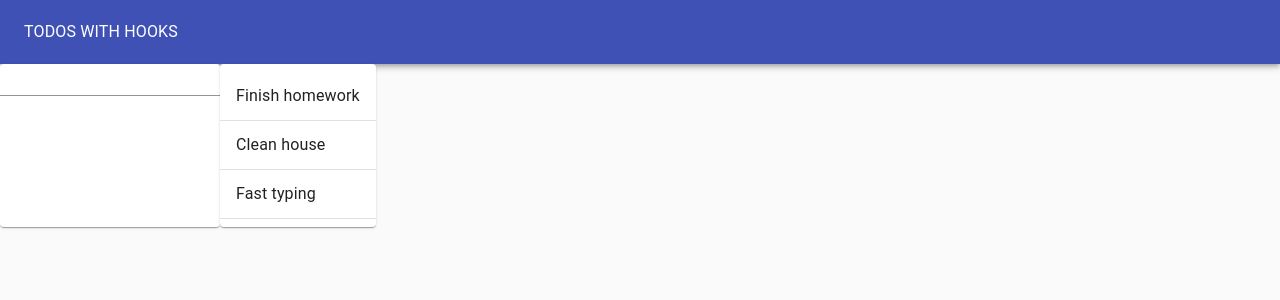
Repository: fulman/todo
Page: /
The author's editor kept a copy of each file at every save. The page is drawn from the files as they stood at one save, then again after a run of saves.
The browser window is 1280 px wide. The pictures show the whole page.
The project was rebuilt for these pictures with package versions that can differ from the ones it lists, and the page was loaded fresh each time.

Above is the page before, as saved 2020-09-27 13:13:54.

### src/App.js
import React from "react";
import TodoApp from "./TodoApp";

function App() {
  return <TodoApp />;
}

export default App;

### src/TodoApp.js
import React, { useState } from "react";
import Typography from "@material-ui/core/Typography";
import Paper from "@material-ui/core/Paper";
import AppBar from "@material-ui/core/AppBar";
import Toolbar from "@material-ui/core/Toolbar";
import Grid from "@material-ui/core/Grid";
import TodoList from "./TodoList";
import TodoForm from "./TodoForm";

function TodoApp() {
  const initialTodos = [
    { id: 1, task: "Finish homework", completed: false },
    { id: 2, task: "Clean house", completed: true },
    { id: 3, task: "Fast typing", completed: false },
  ];
  const [todos, setTodos] = useState(initialTodos);
  const addTodo = (newTodoText) => {
    setTodos([...todos, { id: 4, task: newTodoText, completed: false }]);
  };
  return (
    <Paper
      style={{
        padding: 0,
        margin: 0,
        height: "100vh",
        backgroundColor: "#fafafa",
      }}
      elevation={0}
    >
      <AppBar color="primary" position="static" style={{ height: "64px" }}>
        <Toolbar>
          <Typography color="inherit">TODOS WITH HOOKS</Typography>
        </Toolbar>
      </AppBar>
      <Grid container xs={11} md={8} lg={4}>
        <TodoForm addTodo={addTodo} />
        <TodoList todos={todos} />
      </Grid>
    </Paper>
  );
}

export default TodoApp;

### src/TodoList.js
import React from "react";
import Paper from "@material-ui/core/Paper";
import List from "@material-ui/core/List";
import ListItem from "@material-ui/core/ListItem";
import ListItemText from "@material-ui/core/ListItemText";
import Divider from "@material-ui/core/Divider";

function TodoList(props) {
  return (
    <Paper>
      <List>
        {props.todos.map((todo) => (
          <>
            <ListItem>
              <ListItemText>{todo.task}</ListItemText>
            </ListItem>
            <Divider />
          </>
        ))}
      </List>
    </Paper>
  );
}

export default TodoList;

### src/TodoForm.js
import React from "react";
import Paper from "@material-ui/core/Paper";
import TextField from "@material-ui/core/TextField";
import useInputState from "./hooks/useInputState";

function TodoForm({ addTodo }) {
  const [value, handleChange, reset] = useInputState("");
  return (
    <Paper>
      <form
        onSubmit={(e) => {
          e.preventDefault();
          addTodo(value);
          reset();
        }}
      >
        <TextField value={value} onChange={handleChange} />
      </form>
    </Paper>
  );
}
export default TodoForm;

### src/hooks/useInputState.js
import { useState } from "react";

export default (initialValue) => {
  const [value, setValue] = useState(initialValue);
  const handleChange = (e) => {
    setValue(e.target.value);
  };
  const reset = () => {
    setValue("");
  };
  return [value, handleChange, reset];
};

Loaded but not shown: public/index.html (common file); src/index.js (common file); src/index.css (common file); src/serviceWorker.js (common file)

After the next 2 saves:
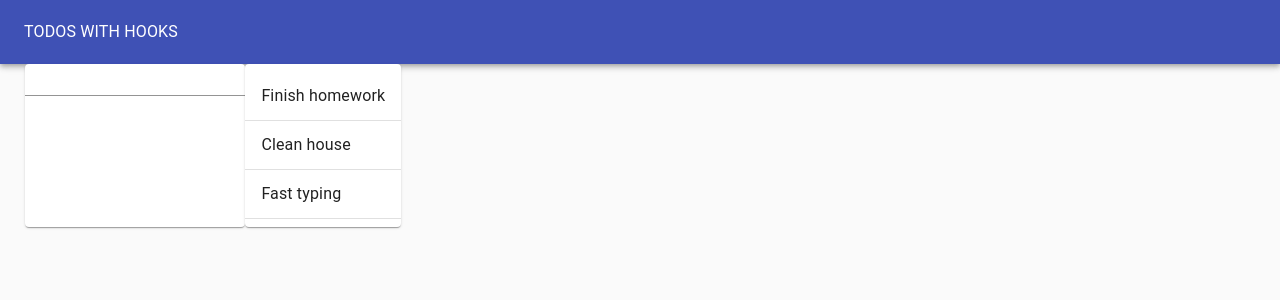
The 2 saves are shown as one change because they came seconds apart.
The last was saved 14 s later.
--- a/src/TodoApp.js
+++ b/src/TodoApp.js
@@ -32,7 +32,7 @@
           <Typography color="inherit">TODOS WITH HOOKS</Typography>
         </Toolbar>
       </AppBar>
-      <Grid container xs={11} md={8} lg={4}>
+      <Grid container xs={11} md={8} lg={4} justify="center">
         <TodoForm addTodo={addTodo} />
         <TodoList todos={todos} />
       </Grid>

After the save that followed:
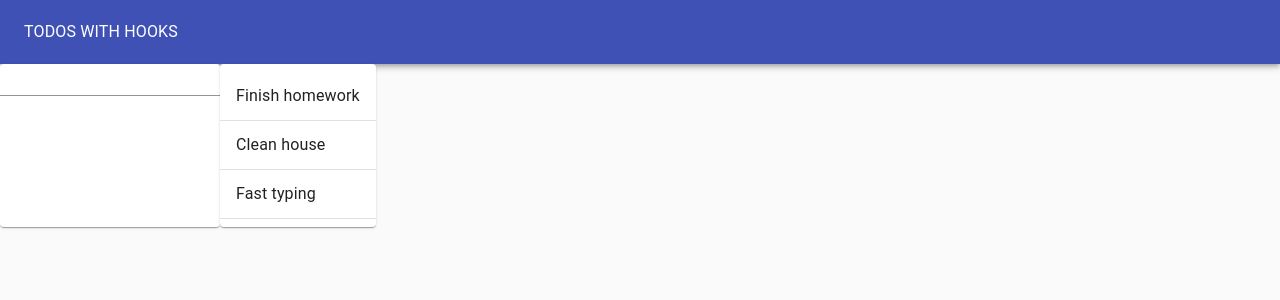
Saved 20 s later.
--- a/src/TodoApp.js
+++ b/src/TodoApp.js
@@ -32,7 +32,7 @@
           <Typography color="inherit">TODOS WITH HOOKS</Typography>
         </Toolbar>
       </AppBar>
-      <Grid container xs={11} md={8} lg={4} justify="center">
+      <Grid container xs={11} md={8} lg={4} justify="centere">
         <TodoForm addTodo={addTodo} />
         <TodoList todos={todos} />
       </Grid>
